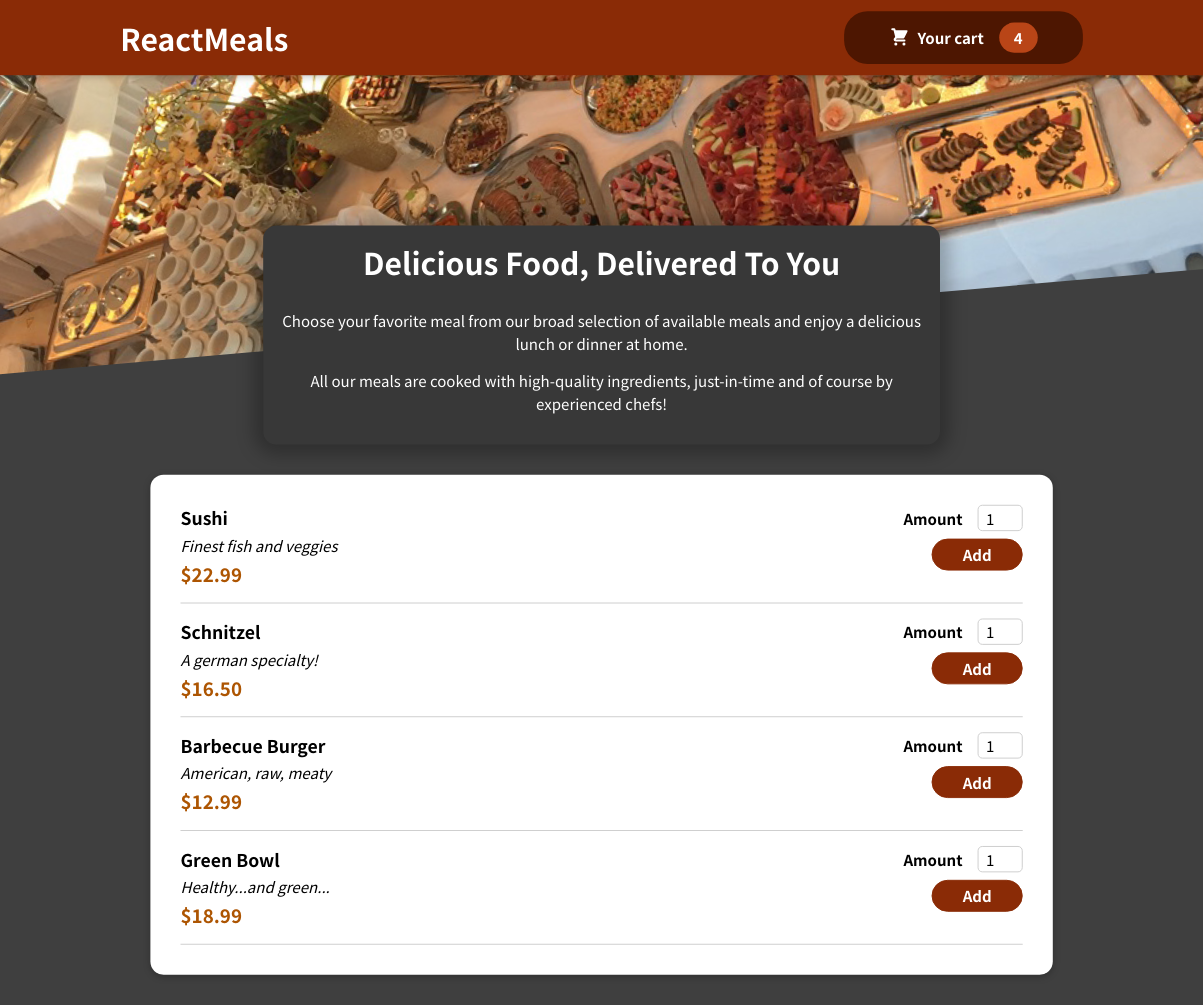
Repository: TonyHoukun-2022/React-foodApp-demo
Page: / (app in Desktop/REACT/React_FoodOrderApp/)
These files come from the project's save history. The page is drawn as it stood at one moment and after a run of saves; the edit follows.
The browser window is 1280 px wide. The pictures show the whole page, at 94% of full size.
The project was rebuilt for these pictures with package versions that can differ from the ones it lists, and the page was loaded fresh each time. Also part of the build but not shown: Desktop/REACT/React_FoodOrderApp/src/components/Cart/ShoppingCart.module.css, Desktop/REACT/React_FoodOrderApp/src/components/UI/Modal.module.css, Desktop/REACT/React_FoodOrderApp/src/components/UI/Modal.js, Desktop/REACT/React_FoodOrderApp/src/components/Cart/ShoppingCart.js.

Above is the page before, as saved 2021-12-05 18:39:25.

### Desktop/REACT/React_FoodOrderApp/public/index.html
<!DOCTYPE html>
<html lang="en">
  <head>
    <meta charset="utf-8" />
    <link rel="icon" href="%PUBLIC_URL%/favicon.ico" />
    <meta name="viewport" content="width=device-width, initial-scale=1" />
    <meta name="theme-color" content="#000000" />
    <meta
      name="description"
      content="Web site created using create-react-app"
    />
    <link rel="apple-touch-icon" href="%PUBLIC_URL%/logo192.png" />
    <!--
      manifest.json provides metadata used when your web app is installed on a
      user's mobile device or desktop. See https://developers.google.com/web/fundamentals/web-app-manifest/
    -->
    <link rel="manifest" href="%PUBLIC_URL%/manifest.json" />
    <!--
      Notice the use of %PUBLIC_URL% in the tags above.
      It will be replaced with the URL of the `public` folder during the build.
      Only files inside the `public` folder can be referenced from the HTML.

      Unlike "/favicon.ico" or "favicon.ico", "%PUBLIC_URL%/favicon.ico" will
      work correctly both with client-side routing and a non-root public URL.
      Learn how to configure a non-root public URL by running `npm run build`.
    -->
    <title>React App</title>
  </head>
  <body>
    <noscript>You need to enable JavaScript to run this app.</noscript>
    <!-- portal -->
    <div id="overlays"></div>
    <div id="root"></div>
    <!--
      This HTML file is a template.
      If you open it directly in the browser, you will see an empty page.

      You can add webfonts, meta tags, or analytics to this file.
      The build step will place the bundled scripts into the <body> tag.

      To begin the development, run `npm start` or `yarn start`.
      To create a production bundle, use `npm run build` or `yarn build`.
    -->
  </body>
</html>

### Desktop/REACT/React_FoodOrderApp/src/App.js
import React,{useState} from "react"
import Header from "./components/Layout/Header"
import Meals from "./components/Meals/Meals"
import ShoppingCart from "./components/Cart/ShoppingCart"
import CartProvider from "./StoreContext/CartProvider"
function App() {
  const [cartIsShown, setCartIsShown] = useState(false)
  const showCartHandler = () => {
    setCartIsShown(true)
  }
  const hideCartHandler = () => {
    setCartIsShown(false)
  }
  return (
    <CartProvider>
      {cartIsShown && <ShoppingCart onClose={hideCartHandler}></ShoppingCart> }
      <Header onShowCart={showCartHandler}></Header>
      <main>
        <Meals></Meals>
      </main>
    </CartProvider>
  )
}

export default App

### Desktop/REACT/React_FoodOrderApp/src/components/Layout/Header.js
import React from "react"
import headerImg from "../../assets/header.jpeg"
import styles from "./Header.module.css"
import HeaderCartButton from "./HeaderCartButton"
const Header = (props) => {
  return (
    <>
          <header className={styles.header}>
              <h1>ReactMeals</h1>
              <HeaderCartButton onClick={props.onShowCart}></HeaderCartButton>
          </header>
          <div className={styles['main-image']}>
              <img src={headerImg} alt="header-image" />
          </div>
    </>
  )
}
export default Header

### Desktop/REACT/React_FoodOrderApp/src/components/Meals/Meals.js
import React from "react";
import MealsSummary from "./MealsSummary";
import AvailableMeals from "./AvailableMeals";
const Meals = () => {
    return (
        <>
            <MealsSummary></MealsSummary>
            <AvailableMeals></AvailableMeals>
        </>
    )
}
export default Meals

### Desktop/REACT/React_FoodOrderApp/src/StoreContext/CartProvider.js
// this component is simply to manage the current context of cart data and provide that context to all components that want access to it.
import CartContext from "./cart-context"
const CartProvider = (props) => {
  const addItemToCartHandler = (item) => {}
  const removeItemFromCartHandler = (id) => {}
  const cartContext = {
    items: [],
    totalAmount: 0,
    addItem: addItemToCartHandler,
    removeItem: removeItemFromCartHandler,
  }
  return <CartContext.Provider value={cartContext}>{props.children}</CartContext.Provider>
}
export default CartProvider

### Desktop/REACT/React_FoodOrderApp/src/components/Layout/HeaderCartButton.js
import CartIcon from "../Cart/CartIcon"
import styles from "./HeaderCartButton.module.css"
const HeaderCartButton = (props) => {
  return (
    <button className={styles.button} onClick={props.onClick}>
      <span className={styles.icon}>
        <CartIcon></CartIcon>
      </span>
      <span>Your cart</span>
      <span className={styles.badge}>4</span>
    </button>
  )
}
export default HeaderCartButton

### Desktop/REACT/React_FoodOrderApp/src/components/Meals/AvailableMeals.js
import styles from "./AvailableMeals.module.css"
import Card from "../UI/Card"
import MealItem from "./MealItem/MealItem"
const DUMMY_MEALS = [
  {
    id: "m1",
    name: "Sushi",
    description: "Finest fish and veggies",
    price: 22.99,
  },
  {
    id: "m2",
    name: "Schnitzel",
    description: "A german specialty!",
    price: 16.5,
  },
  {
    id: "m3",
    name: "Barbecue Burger",
    description: "American, raw, meaty",
    price: 12.99,
  },
  {
    id: "m4",
    name: "Green Bowl",
    description: "Healthy...and green...",
    price: 18.99,
  },
]
const AvailableMeals = () => {
    const mealsList = DUMMY_MEALS.map(meal => (
        <MealItem id={ meal.id} key={ meal.id} price={meal.price} name={meal.name} description={meal.description}></MealItem>
    ))
    return (
        <section className={styles.meals}>
            <Card>
                <ul>
                    {mealsList}
                </ul>
            </Card>
        </section>
    )
}
export default AvailableMeals

### Desktop/REACT/React_FoodOrderApp/src/StoreContext/cart-context.js
import { createContext } from "react"
const CartContext = createContext({
  items: [],
  totalAmount: 0,
  addItem: (item) => {},
  removeItem: (id) => {},
})
export default CartContext

// import { createContext } from "react"
// const Context = createContext("Default Value")

### Desktop/REACT/React_FoodOrderApp/src/components/Cart/CartIcon.js
const CartIcon = () => {
  return (
    <svg xmlns="http://www.w3.org/2000/svg" viewBox="0 0 20 20" fill="currentColor">
      <path d="M3 1a1 1 0 000 2h1.22l.305 1.222a.997.997 0 00.01.042l1.358 5.43-.893.892C3.74 11.846 4.632 14 6.414 14H15a1 1 0 000-2H6.414l1-1H14a1 1 0 00.894-.553l3-6A1 1 0 0017 3H6.28l-.31-1.243A1 1 0 005 1H3zM16 16.5a1.5 1.5 0 11-3 0 1.5 1.5 0 013 0zM6.5 18a1.5 1.5 0 100-3 1.5 1.5 0 000 3z" />
    </svg>
  )
}

export default CartIcon

### Desktop/REACT/React_FoodOrderApp/src/components/Layout/HeaderCartButton.module.css
.button {
  cursor: pointer;
  font: inherit;
  border: none;
  background-color: #4d1601;
  color: white;
  padding: 0.75rem 3rem;
  display: flex;
  justify-content: space-around;
  align-items: center;
  border-radius: 25px;
  font-weight: bold;
}

.button:hover,
.button:active {
  background-color: #2c0d00;
}

.icon {
  width: 1.35rem;
  height: 1.35rem;
  margin-right: 0.5rem;
}

.badge {
  background-color: #b94517;
  padding: 0.25rem 1rem;
  border-radius: 25px;
  margin-left: 1rem;
  font-weight: bold;
}

.button:hover .badge,
.button:active .badge {
  background-color: #92320c;
}

.bump {
  animation: bump 300ms ease-out;
}

@keyframes bump {
  0% {
    transform: scale(1);
  }
  10% {
    transform: scale(0.9);
  }
  30% {
    transform: scale(1.1);
  }
  50% {
    transform: scale(1.15);
  }
  100% {
    transform: scale(1);
  }
}

### Desktop/REACT/React_FoodOrderApp/src/components/UI/Card.js
import styles from "./Card.module.css"
const Card = (props) => {
    return (
        <div className={styles.card}>{ props.children}</div>
    )
}
export default Card

### Desktop/REACT/React_FoodOrderApp/src/components/Meals/MealItem/MealItem.js
import MealItemForm from "./MealItemForm"
import styles from "./MealItem.module.css"
const MealItem = props => {
    //price is set to be like $xx.xx
    const price =`$${props.price.toFixed(2)}`
    return (
        <li className={styles.meal}>
            <div>
                <h3>{props.name}</h3>
                <div className={styles.description}>{props.description}</div>
                <div className={styles.price}>{ price}</div>
            </div>
            <div>
                <MealItemForm id={props.id}></MealItemForm>
            </div>
        </li>
    )
}
export default MealItem

### Desktop/REACT/React_FoodOrderApp/src/components/Meals/MealItem/MealItemForm.js
import Input from "../../UI/Input"
import styles from "./MealItemForm.module.css"
const MealItemForm = (props) => {
    return (
        <form className={ styles.form} action="">
            <Input label="Amount" input={{
                //all built-in attributes for <input> tag in Input.js
                id: `'amount_${props.id}`,
                type: 'number',
                min: '1',
                max: '5',
                step: '1',
                defaultValue:'1'
            }}></Input>
            <button>Add</button>
        </form>
    )

}
export default MealItemForm

### Desktop/REACT/React_FoodOrderApp/src/components/UI/Input.js
import styles from "./Input.module.css"
const Input = (props) => {
    return (
        <div className={styles.input}>
            <label htmlFor={props.input.id} >{props.label}</label>
            {/* ...props.input ensures that all the key value pairs in this input object,which we receive on props input are added as property:value to input tag here. */}
            <input {...props.input}/>
        </div>
    )
}
export default Input

Loaded but not shown: Desktop/REACT/React_FoodOrderApp/src/index.js (common file); Desktop/REACT/React_FoodOrderApp/src/index.css (common file); Desktop/REACT/React_FoodOrderApp/src/components/Layout/Header.module.css (common file); Desktop/REACT/React_FoodOrderApp/src/components/Meals/MealsSummary.js (common file); Desktop/REACT/React_FoodOrderApp/src/components/Meals/MealsSummary.module.css (common file); Desktop/REACT/React_FoodOrderApp/src/components/Meals/AvailableMeals.module.css (common file); Desktop/REACT/React_FoodOrderApp/src/components/UI/Card.module.css (common file); Desktop/REACT/React_FoodOrderApp/src/components/Meals/MealItem/MealItem.module.css (common file); Desktop/REACT/React_FoodOrderApp/src/components/Meals/MealItem/MealItemForm.module.css (common file); Desktop/REACT/React_FoodOrderApp/src/components/UI/Input.module.css (common file)

After the next 4 saves:
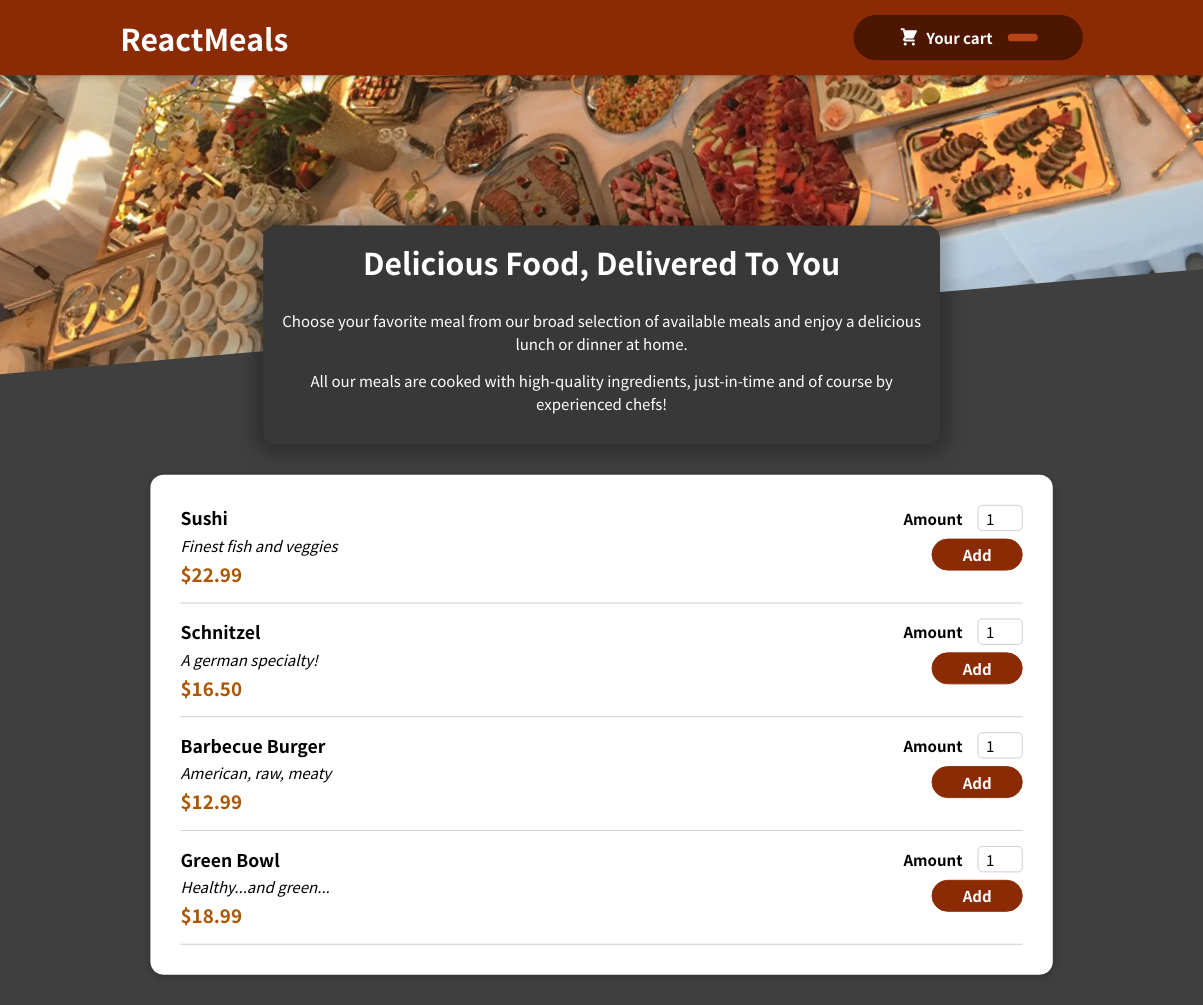
The 4 saves are shown as one change because 3 did not build or start.
The last was saved 4 min 20 s later.
--- a/Desktop/REACT/React_FoodOrderApp/src/components/Layout/HeaderCartButton.js
+++ b/Desktop/REACT/React_FoodOrderApp/src/components/Layout/HeaderCartButton.js
@@ -1,13 +1,16 @@
 import CartIcon from "../Cart/CartIcon"
+import { useContext } from "react"
 import styles from "./HeaderCartButton.module.css"
+import CartContext from "../../StoreContext/cart-context"
 const HeaderCartButton = (props) => {
+  const amount = useContext(CartContext)
   return (
     <button className={styles.button} onClick={props.onClick}>
       <span className={styles.icon}>
         <CartIcon></CartIcon>
       </span>
       <span>Your cart</span>
-      <span className={styles.badge}>4</span>
+      <span className={styles.badge}>{}</span>
     </button>
   )
 }
